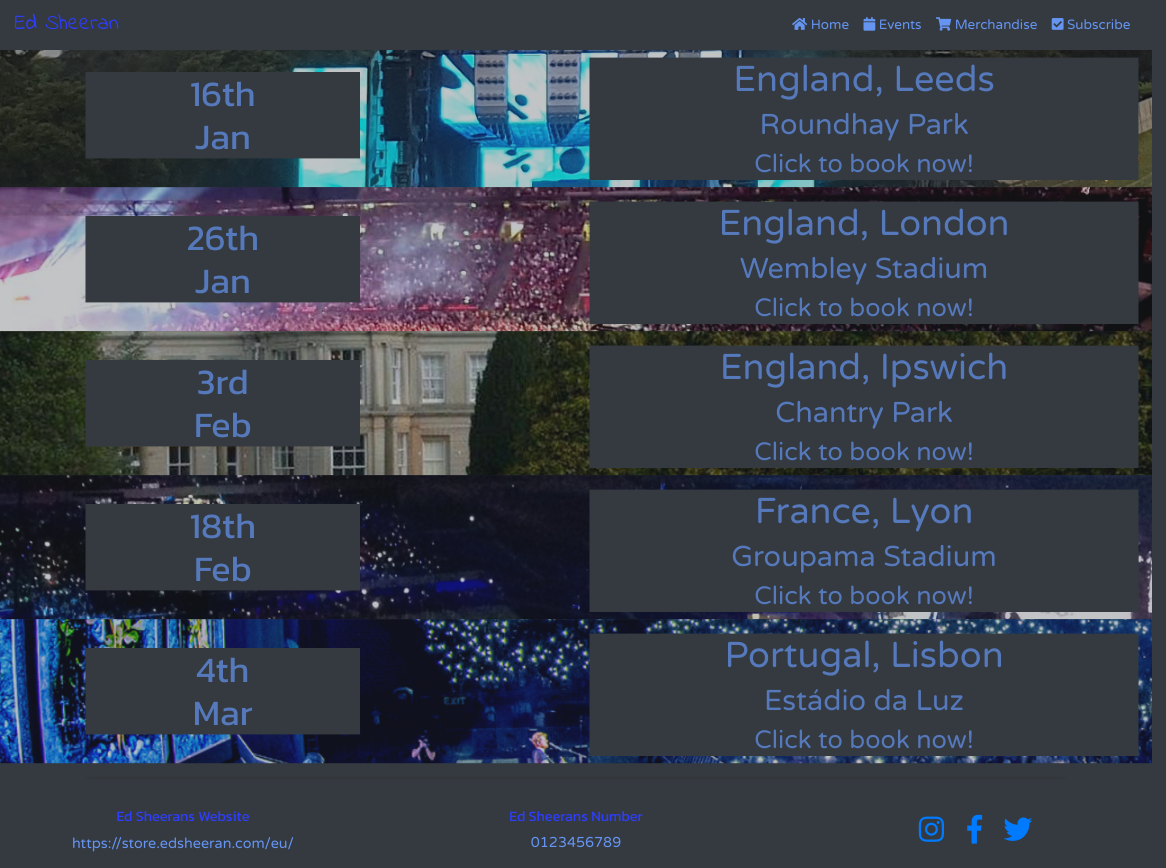
Repository: amit238/milestone-project-1
Page: events.html
The author's editor kept a record of every edit. The page is drawn from the files as they stood at one moment, then again after the next edit.
The browser window is 1280 px wide. The page is 1295 px wide, so the pictures cover 1295 px, including what lies to the right of the window. The pictures show the whole page, at 90% of full size.
Some web libraries are served in a nearby version.

Above is the page before.

### events.html
<!DOCTYPE html>
<html lang="en">

<head>
  <meta charset="UTF-8">
  <meta name="viewport" content="width=device-width, initial-scale=1.0">
  <meta http-equiv="X-UA-Compatible" content="ie=edge">
  <link rel="stylesheet" href="https://maxcdn.bootstrapcdn.com/bootstrap/4.2.1/css/bootstrap.min.css" type="text/css" />
  <link rel="stylesheet" href="https://use.fontawesome.com/releases/v5.0.10/css/all.css" integrity="sha384-+d0P83n9kaQMCwj8F4RJB66tzIwOKmrdb46+porD/OvrJ+37WqIM7UoBtwHO6Nlg" crossorigin="anonymous">
  <link href="https://fonts.googleapis.com/css?family=Indie+Flower|Kanit|Varela+Round&display=swap" rel="stylesheet">
  <link rel="stylesheet" href="assets/css/style.css">
  <title>Ed Sheeran - User Centric Frontend Project</title>
</head>

<body>
  <nav class="navbar fixed-top navbar-expand-lg navbar-dark bg-dark">
    <a class="edsheeran-brand">Ed Sheeran</a>
    <button type="button" class="navbar-toggler" data-toggle="collapse" data-target="#main-menu" aria-expanded="true">
                <span class="navbar-toggler-icon"></span>
            </button>
    <div id="main-menu" class="navbar-collapse collapse">
      <ul class="navbar-nav ml-auto">
        <li class="nav-item active"><a class="nav-link" href="index.html"><i class="fas fa-home"></i> Home</a></li>
        <li class="nav-item"><a class="nav-link" href="events.html"><i class="fas fa-calendar"></i> Events</a></li>
        <li class="nav-item"><a class="nav-link" href="merchandise.html"><i class="fas fa-shopping-cart"></i> Merchandise</a></li>
        <li class="nav-item"><a class="nav-link" href="subscribe.html"><i class="fas fa-check-square"></i> Subscribe</a></li>
      </ul>
    </div>
  </nav>
  <div class="container-fluid">
    <a style="text-decoration: none" href="https://www.edsheeran.com/tour" class="hyper-colour">
      <div class="row events-leeds">
        <div class="col-6">
          <div class="events-left">
            <h1>16th<br>Jan</h1>
          </div>
        </div>
        <div class="col-6">
          <div class="events-center">
            <h1>England, Leeds</h1>
            <h2>Roundhay Park</h2>
            <h3>Click to book now!</h3>
          </div>
        </div>
      </div>
    </a>
    <a style="text-decoration: none" href="https://www.edsheeran.com/tour" class="hyper-colour">
      <div class="row events-london">
        <div class="col-6 opa">
          <div class="events-left">
            <h1>26th<br>Jan</h1>
          </div>
        </div>
        <div class="col-6">
          <div class="events-center">
            <h1>England, London</h1>
            <h2>Wembley Stadium</h2>
            <h3>Click to book now!</h3>
          </div>
        </div>
      </div>
    </a>
    <a style="text-decoration: none" href="https://www.edsheeran.com/tour" class="hyper-colour">
      <div class="row events-ipswich">
        <div class="col-6">
          <div class="events-left">
            <h1>3rd<br>Feb</h1>
          </div>
        </div>
        <div class="col-6">
          <div class="events-center">
            <h1>England, Ipswich</h1>
            <h2>Chantry Park</h2>
            <h3>Click to book now!</h3>
          </div>
        </div>
      </div>
    </a>
    <a style="text-decoration: none" href="https://www.edsheeran.com/tour" class="hyper-colour">
      <div class="row events-lyon">
        <div class="col-6">
          <div class="events-left">
            <h1>18th<br>Feb</h1>
          </div>
        </div>
        <div class="col-6">
          <div class="events-center">
            <h1>France, Lyon</h1>
            <h2>Groupama Stadium</h2>
            <h3>Click to book now!</h3>
          </div>
        </div>
      </div>
    </a>
    <a style="text-decoration: none" href="https://www.edsheeran.com/tour" class="hyper-colour">
      <div class="row events-lisbon">
        <div class="col-6">
          <div class="events-left">
            <h1>4th<br>Mar</h1>
          </div>
        </div>
        <div class="col-6">
          <div class="events-center">
            <h1>Portugal, Lisbon</h1>
            <h2>Estádio da Luz</h2>
            <h3>Click to book now!</h3>
          </div>
        </div>
      </div>
    </a>
  </div>
  <footer>
    <hr>
    <div class="row">
      <div class="col-sm-4">
        <h6 class=footer-header>Ed Sheerans Website</h6>
        <a href="https://store.edsheeran.com/eu/" target="_blank" class=footer-p>https://store.edsheeran.com/eu/</a>
      </div>
      <div class="col-sm-4">
        <h6 class=footer-header>Ed Sheerans Number</h6>
        <p class=footer-p>0123456789</p>
      </div>
      <div class="col-sm-4">
        <ul class="list-inline social-links">
          <li class="list-inline-item"><a target="_blank" href="https://www.facebook.com"><i></i></a>
          </li>
          <li class="list-inline-item"><a target="_blank" href="https://www.instagram.com/teddysphotos/?hl=en"><i class="fab fa-instagram fa-2x fa-fw"></i></a>
            <li class="list-inline-item"><a target="_blank" href="https://en-gb.facebook.com/EdSheeranMusic"><i class="fab fa-facebook-f fa-2x fa-fw"></i></a>
              <li class="list-inline-item"><a target="_blank" href="https://twitter.com/edsheeran?lang=en"><i class="fab fa-twitter fa-2x fa-fw"></i></a>
              </li>
        </ul>
      </div>
    </div>
  </footer>
  <script src="https://code.jquery.com/jquery-3.3.1.slim.min.js" integrity="sha384-q8i/X+965DzO0rT7abK41JStQIAqVgRVzpbzo5smXKp4YfRvH+8abtTE1Pi6jizo" crossorigin="anonymous"></script>
  <script src="https://cdnjs.cloudflare.com/ajax/libs/popper.js/1.14.6/umd/popper.min.js" integrity="sha384-wHAiFfRlMFy6i5SRaxvfOCifBUQy1xHdJ/yoi7FRNXMRBu5WHdZYu1hA6ZOblgut" crossorigin="anonymous"></script>
  <script src="https://stackpath.bootstrapcdn.com/bootstrap/4.2.1/js/bootstrap.min.js" integrity="sha384-B0UglyR+jN6CkvvICOB2joaf5I4l3gm9GU6Hc1og6Ls7i6U/mkkaduKaBhlAXv9k" crossorigin="anonymous"></script>
</body>

</html>

### assets/css/style.css
body {
    background-color: #343A40;
}


/*--------------------NAVBAR--------------------*/

.navbar.navbar-expand-lg.navbar-dark.bg-dark .edsheeran-brand {
    font-family: 'Indie Flower', cursive;
    color: #2E3EFF;
    font-size: 150%;
}

.navbar.navbar-expand-lg.navbar-dark.bg-dark .nav-link {
    font-family: 'Varela Round', sans-serif;
    color: #6594F1;
    font-size: 15px;
}

/*------------Navbar margin------------*/

.container-fluid {
    margin-top: 3em;
}

.marg {
    margin-top: 1em;
}


/*--------------------INDEX--------------------*/


/*-------------Carousel---------------*/

#carouselExampleCaptions {
    margin-top: 3em;
}

/*-----------About/Audio/Album Section------------*/

.card-title {
    font-family: 'Kanit', sans-serif;
}

.card-text {
    font-family: 'Varela Round', sans-serif;
}

.about-card {
    text-align: center;
    color: #2E3EFF;
    background-color: #343A40;
}


.audio-card {
    margin-top: 2em;
    text-align: center;
    color: #2E3EFF;
    background-color: #343A40;
}

.album-card {
    margin-top: 2em;
    text-align: center;
    color: #2E3EFF;
    background-color: #343A40;
    height: 14.8em;
}

.card-text {
    color: #6594F1;
}


/*-------------------------Events-------------------------*/

.hyper-colour {
    color: #6594F1;
}

.events-left {
    font-family: 'Kanit', sans-serif;
    text-align: center;
    margin-left: 5em;
    margin-top: 2em;
    color: #6594F1;
    background-color: #343A40;
    width: 50%;
    opacity: 1;
}


.events-center {
    font-family: 'Varela Round', sans-serif;
    text-align: center;
    margin-top: 1em;
    color: #6594F1;
    background-color: #343A40;
    width: 100%;
}


.events-leeds {
    background-image: url("../images/roundhay.png");
    background-repeat: no-repeat;
    opacity: 0.7;
}

.events-leeds:hover {
    opacity: 2;
    transition-duration: 1.5s;
}


.events-london {
    background-image: url("../images/wembley.png");
    background-repeat: no-repeat;
    opacity: 0.7;
}

.events-london:hover {
    opacity: 1;
    transition-duration: 1.5s;
}

.events-ipswich {
    background-image: url("../images/ipswich.png");
    background-repeat: no-repeat;
    opacity: 0.7;
}

.events-ipswich:hover {
    opacity: 1;
    transition-duration: 1.5s;

}

.events-madrid {
    background-image: url("../images/madrid.png");
    background-repeat: no-repeat;
    opacity: 0.7;
}

.events-madrid:hover {
    opacity: 1;
    transition-duration: 1.5s;
}


.events-lyon {
    background-image: url("../images/lyon.png");
    background-repeat: no-repeat;
    opacity: 0.7;
}

.events-lyon:hover {
    opacity: 1;
    transition-duration: 1.5s;

}

.events-lisbon {
    background-image: url("../images/lisbon.png");
    background-repeat: no-repeat;
    opacity: 0.7;
}

.events-lisbon:hover {
    opacity: 1;
    transition-duration: 1.5s;

}


@media only screen and (max-width: 599px) {
    .events-left {
        width: 100%;
        margin-left: 0em;
    }
    .events-center {
        width: 100%;
        margin-top: 1em;
    }
}

@media only screen and (max-width: 375px) {
    h1 {
        font-size: 25px;
    }
    h2 {
        font-size: 25px;
    }
    h3 {
        font-size: 25px;
    }
}

/*----------------------Merchandise-----------------------*/


.best-sellers {
    font-family: 'Kanit', sans-serif;
    text-decoration: underline;
    text-align: center;
    color: #6594F1;
    font-weight: 600;
    font-size: 30px;
    margin: 1em;
}

.latest-release {
    font-family: 'Kanit', sans-serif;
    text-decoration: underline;
    text-align: center;
    color: #6594F1;
    font-weight: 600;
    font-size: 30px;
    margin: 1em;
}

.card-title {
    font-family: 'Kanit', sans-serif;
    color: #2E3EFF;
}

.card-merch {
    font-family: 'Varela Round', sans-serif;
    background-color: #343A40;
    text-align: center;
}

@media only screen and (max-width: 768px) {
    .card-merch {
        margin: 1em;
    }
}


/*---------------------------Subscribe---------------------------*/

.sub-background {
    background-image: url("../images/ed-sheeran-singing.jpg");
    background-repeat: no-repeat;
    background-position: top;
    opacity: 0.7;
    height: 55em;
}

.sub-title {
    position: relative;
    top: 15em;
}

.sub-head {
    font-family: 'Kanit', sans-serif;
    text-align: center;
    font-size: 50px;
    background-color: #2E3EFF;
}

.sub-para {
    font-family: 'Varela Round', sans-serif;
    text-align: center;
    font-size: 25px;
    background-color: #6594F1;
}

.form {
    padding-top: 1em;
}

.sub-form {
    position: relative;
    top: 14em;
}

.sub-btn {
    text-align: center;
    padding-top: 1em;
}



.sub-background:hover {
    opacity: 1;
    transition-duration: 2s;
}

@media only screen and (max-width: 769px) {
    .sub-title {
        position: relative;
        top: 5em;
    }

    .sub-form {
        position: relative;
        top: 4em;
    }
}


/*--------------Subscribe - Second Part--------------*/

.sub-card-issue {
    text-align: center;
    background-color: #343A40;
    margin-top: 9em;
}

.blue {
    font-family: 'Kanit', sans-serif;
    color: #2E3EFF;
}

.lg-blue {
    font-family: 'Varela Round', sans-serif;
    color: #6594F1;
}

.sub-card-list {
    position: relative;
    right: 1em;
    text-align: center;
    background-color: #343A40;
    margin-top: 5em;
}

.sub-card-map {
    text-align: center;
    background-color: #343A40;
    margin-top: 1em;
}

.map {
    height: 50vh;
}


@media only screen and (max-width: 1199px) {
    .sub-card-issue {
        margin-top: 1em;
    }
    .sub-card-list {
        margin-top: 1em;
    }
}

/*-------------------------Footer----------------------------*/

footer {
    text-align: center;
}

hr {
    background: #3A3A3A;
    width: 85%;
}

.footer-header {
    font-family: 'Kanit', sans-serif;
    color: #2E3EFF;
    margin-top: 1em;
}

.list-inline {
    margin-top: 1.5em;
}

.footer-p {
    font-family: 'Varela Round', sans-serif;
    color: #6594F1;
}

After the next edit:
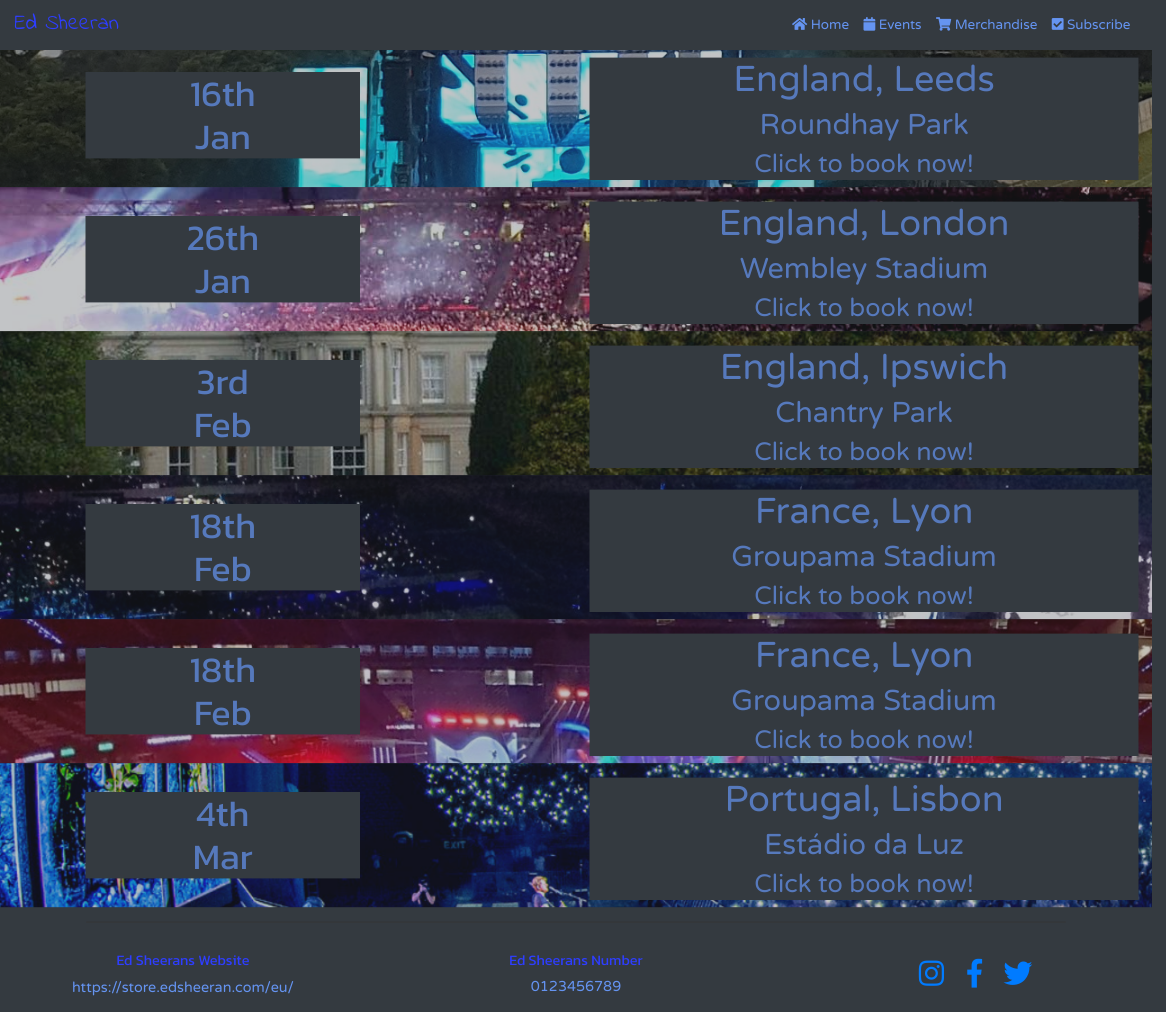
The edit:
--- a/events.html
+++ b/events.html
@@ -93,6 +93,22 @@
       </div>
     </a>
     <a style="text-decoration: none" href="https://www.edsheeran.com/tour" class="hyper-colour">
+      <div class="row events-madrid">
+        <div class="col-6">
+          <div class="events-left">
+            <h1>18th<br>Feb</h1>
+          </div>
+        </div>
+        <div class="col-6">
+          <div class="events-center">
+            <h1>France, Lyon</h1>
+            <h2>Groupama Stadium</h2>
+            <h3>Click to book now!</h3>
+          </div>
+        </div>
+      </div>
+    </a>
+    <a style="text-decoration: none" href="https://www.edsheeran.com/tour" class="hyper-colour">
       <div class="row events-lisbon">
         <div class="col-6">
           <div class="events-left">
